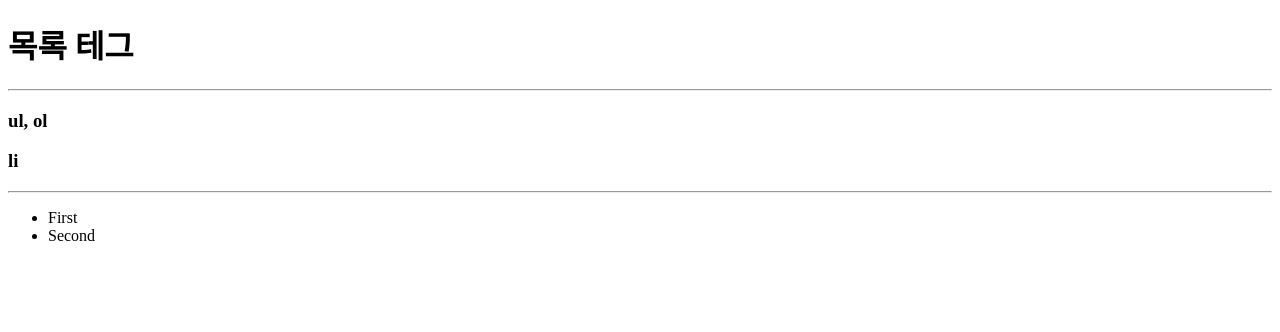
Repository: jihoonys82/weblec
Page: Front/WebContent/Ex01_HTML_tag/tagEx_03.html
An editor plug-in stored every save of this project. The page is shown before and after the next save, followed by the edit.
The browser window is 1280 px wide. The pictures show the whole page.

Above is the page before, as saved 2018-07-23 10:18:47.

After the next save:
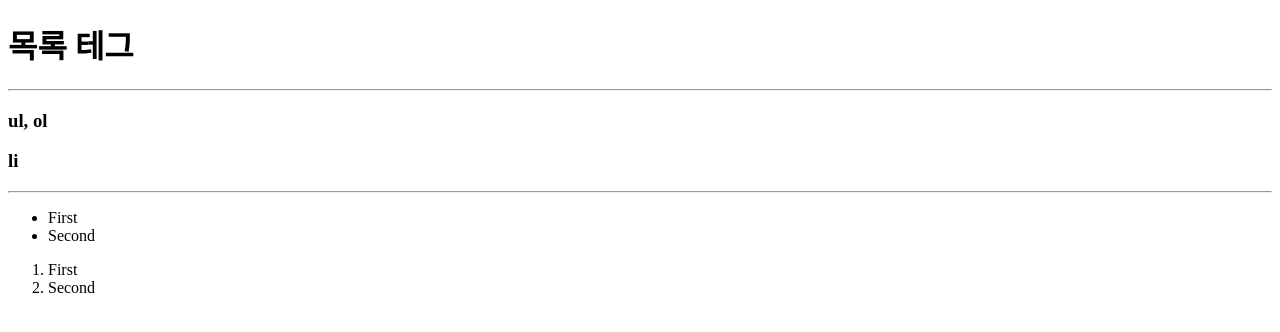
Saved 92 s later.
--- a/Front/WebContent/Ex01_HTML_tag/tagEx_03.html
+++ b/Front/WebContent/Ex01_HTML_tag/tagEx_03.html
@@ -12,11 +12,15 @@
 		<h3>li</h3>
 		<hr>
 
-		<ul>
-			<li>First</li>
+		<ul> <!-- Unordered List -->
+			<li>First</li> <!-- list item -->
 			<li>Second</li>
 		</ul>
 
+		<ol> <!-- Ordered List  -->
+			<li>First</li> <!-- list item -->
+			<li>Second</li>
+		</ol>
 
 
 	</div>
